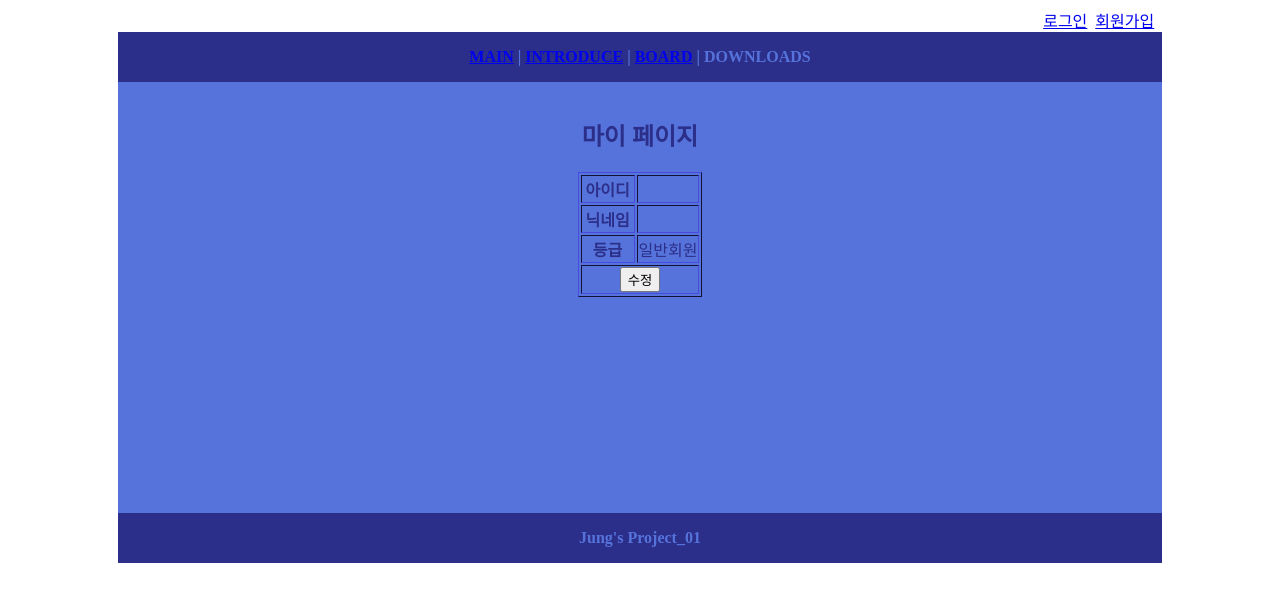
Repository: asas6306/Jungs_
Page: http://localhost/Board-Project1/WEB-INF/JSP/mypage.jsp
The author's editor kept a copy of each file at every save. The page is drawn from the files as they stood at one save, then again after the next save.
The browser window is 1280 px wide. The pictures show the whole page.
The page is served by Tomcat 9. Nobody is signed in. Other server files are loaded and not shown. The template is opened directly, without the code that normally fills it, so the values that code supplies are empty.

Above is the page before, as saved 2021-01-14 08:13:40.

### Board-Project1/WebContent/WEB-INF/JSP/mypage.jsp
<%@ page language="java" contentType="text/html; charset=UTF-8"
    pageEncoding="UTF-8"%>
<jsp:include page="/layout/header.jsp" />

<table border="1" class="table">
	<caption>
		<h2>마이 페이지</h2>
	</caption>
	<tr>
		<th width="50px">아이디</th>
		<td>${m.ID}</td>
	</tr>
	<tr>
		<th>닉네임</th>
		<td>${m.nickname}</td>
	</tr>
	<tr>
		<th>등급</th>
		<td>${m.mng ? "관리자" : "일반회원"}</td>
	</tr>
	<tr>
		<td colspan="2" align="center"><input type="button" value="수정"
			onclick="location.href='/Board-Project1/member.do?action=PWcheck'">
		</td>
	</tr>
</table>

<jsp:include page="/layout/footer.jsp" />

### Board-Project1/WebContent/layout/header.jsp
<%@ page language="java" contentType="text/html; charset=UTF-8"
	pageEncoding="UTF-8"%>
<%@ taglib prefix="c" uri="http://java.sun.com/jsp/jstl/core" %>
<!DOCTYPE html>
<html>
<head>
<meta charset="UTF-8">
<title>Jung's Board Project_01</title>
<link rel="stylesheet" type="text/css" href="/Board-Project1/layout/layout.css">
</head>
<body>
	<div align="center">
		<div style="width: 82%" align="right">
			<c:choose>
				<c:when test="${m.state}">
				<a>${m.nickname}님 환영합니다!</a>&nbsp
					<a href="/Board-Project1/member.do?action=doLogout">로그아웃</a>&nbsp
					<a href="/Board-Project1/member.do?action=mypage">마이페이지</a>&nbsp
				</c:when>
				<c:when test="${!m.state}">
					<a href="/Board-Project1/member.do?action=login">로그인</a>&nbsp
					<a href="/Board-Project1/member.do?action=signup">회원가입</a>&nbsp
				</c:when>
			</c:choose>
		</div>
		<div class="header" align="center">
		<a href="/Board-Project1/main.do">MAIN</a>
		 |
		<a href="/Board-Project1/main.do?action=introduce">INTRODUCE</a>
		 |
		<a href="/Board-Project1/article.do?action=list">BOARD</a>
		 |
		DOWNLOADS
		</div>
	<div class="main" align="center">
		<!-- haeder -->

### Board-Project1/WebContent/layout/footer.jsp

<!-- footer -->
</div>
<div class="footer" align="center">Jung's Project_01</div>
</div>
</body>
</html>

### Board-Project1/WebContent/layout/layout.css
@charset "UTF-8";

.headertop {
	width: 80%;
}

.header, .footer {
	width: 80%;
	padding: 1em;
	background: #2C2F8A;
	color: #5673DB;
	font: sans-serif;
	font-weight: bold;
}

.main {
	width: 80%;
	padding: 1em;
	min-height: 400px;
	padding-top: 15px;
	background: #5673DB;
	color: #BADCF5;
}

.table {
	border: 2px thin;
	border-color: #2C2F8A;
	font: sans-serif;
	font-style: normal;
	color: #2C2F8A;
}

After the next save:
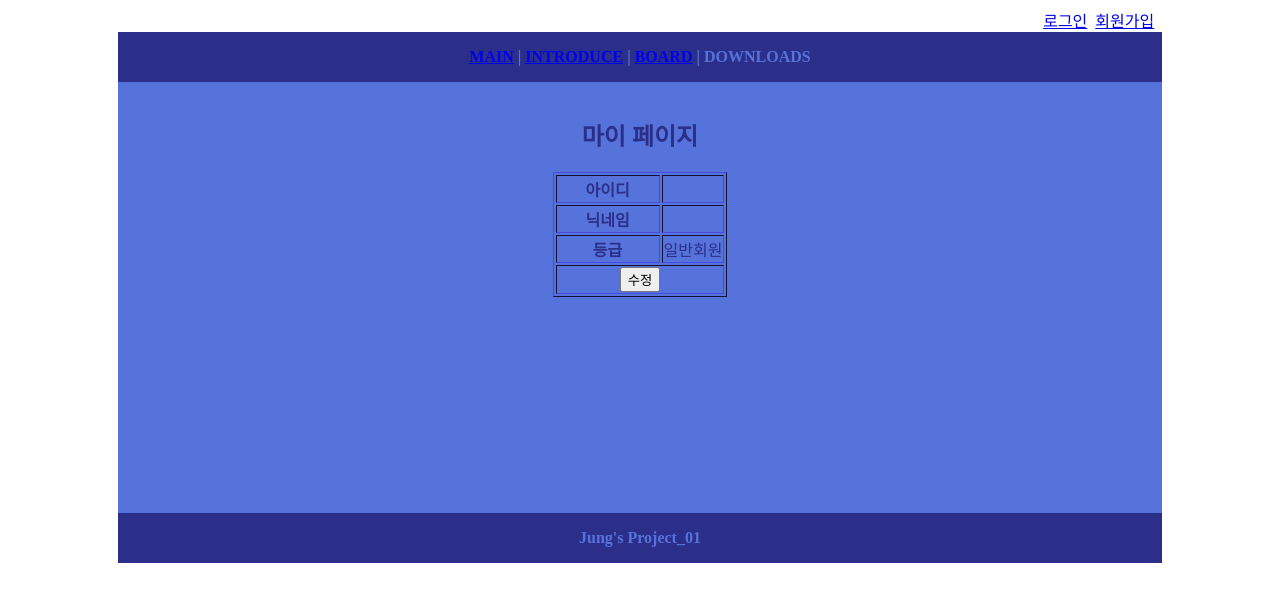
Saved 4 s later.
--- a/Board-Project1/WebContent/WEB-INF/JSP/mypage.jsp
+++ b/Board-Project1/WebContent/WEB-INF/JSP/mypage.jsp
@@ -7,7 +7,7 @@
 		<h2>마이 페이지</h2>
 	</caption>
 	<tr>
-		<th width="50px">아이디</th>
+		<th width="100px">아이디</th>
 		<td>${m.ID}</td>
 	</tr>
 	<tr>
